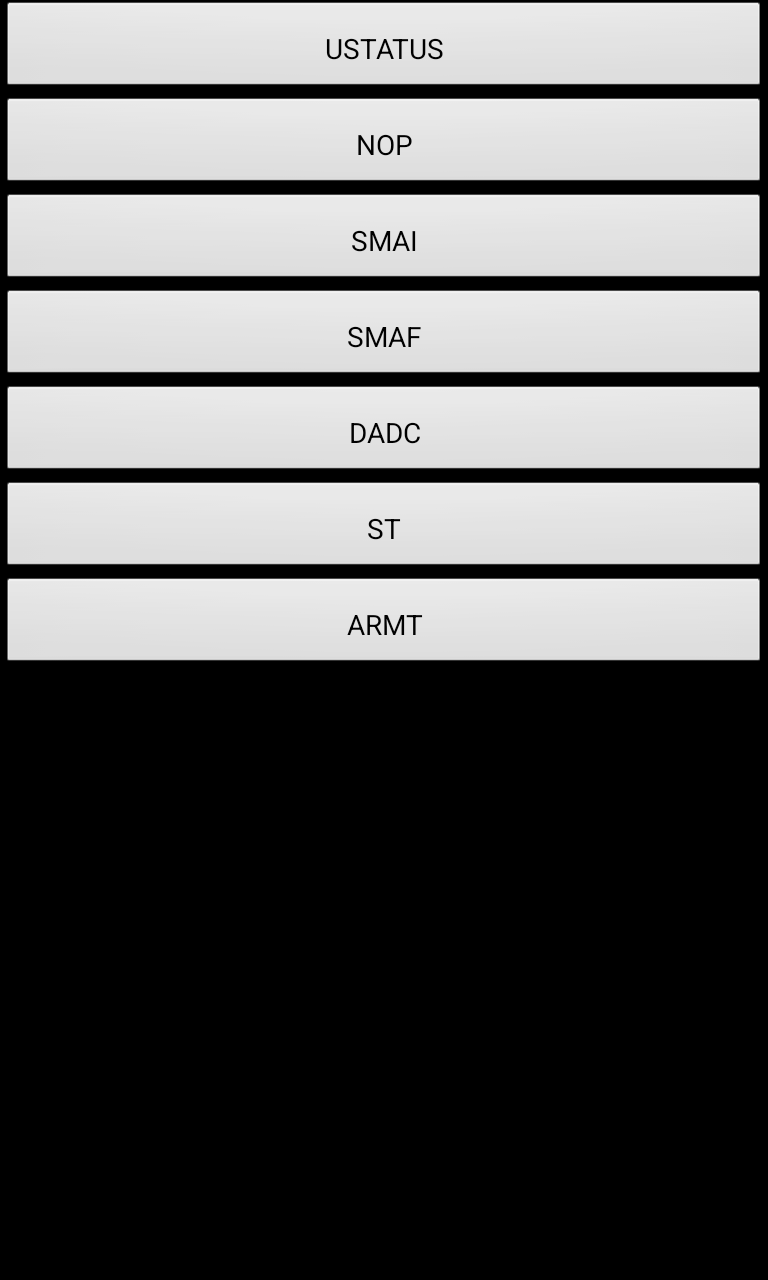
Repository: sergioenriquez/CSTE
Layout: HNAD/res/layout/devcmdtab.xml
An editor plug-in stored every save of this project. The layout is shown before and after the next save, followed by the edit.
It is drawn on a 768 x 1280 px phone screen (xhdpi) without system bars, with theme android:Theme.NoTitleBar; the app's code is not run.

Above is the layout before, as saved 2011-12-19 06:48:02.

### HNAD/res/layout/devcmdtab.xml
<?xml version="1.0" encoding="utf-8"?>
<LinearLayout xmlns:android="http://schemas.android.com/apk/res/android"
    android:layout_width="match_parent"
    android:layout_height="match_parent"
    android:orientation="vertical" >

    <Button
       android:text="USTATUS"
       android:layout_height="wrap_content"
       android:layout_width="match_parent"
       android:layout_gravity="right"
       android:padding="12dp"
       android:gravity="center" />
    <Button
       android:text="NOP"
       android:layout_height="wrap_content"
       android:layout_width="match_parent"
       android:layout_gravity="right"
       android:padding="12dp"
       android:gravity="center" />
    <Button
       android:text="SMAI"
       android:layout_height="wrap_content"
       android:layout_width="match_parent"
       android:layout_gravity="right"
       android:padding="12dp"
       android:gravity="center" />
    <Button
       android:text="SMAF"
       android:layout_height="wrap_content"
       android:layout_width="match_parent"
       android:layout_gravity="right"
       android:padding="12dp"
       android:gravity="center" />
    <Button
       android:text="DADC"
       android:layout_height="wrap_content"
       android:layout_width="match_parent"
       android:layout_gravity="right"
       android:padding="12dp"
       android:gravity="center" />
    <Button
       android:text="ST"
       android:layout_height="wrap_content"
       android:layout_width="match_parent"
       android:layout_gravity="right"
       android:padding="12dp"
       android:gravity="center" />
    <Button
       android:text="ARMT"
       android:layout_height="wrap_content"
       android:layout_width="match_parent"
       android:layout_gravity="right"
       android:padding="12dp"
       android:gravity="center" />

</LinearLayout>

After the next save:
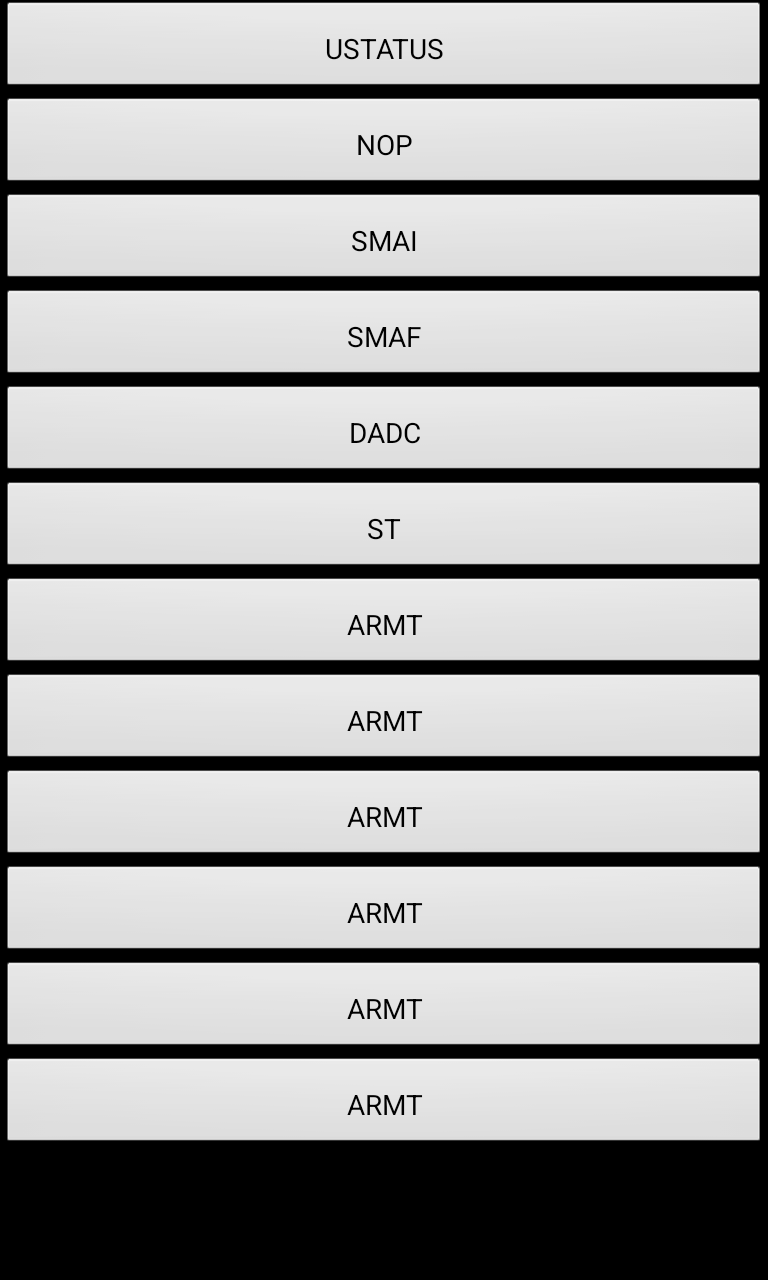
Saved 8 s later.
--- a/HNAD/res/layout/devcmdtab.xml
+++ b/HNAD/res/layout/devcmdtab.xml
@@ -53,5 +53,40 @@
        android:layout_gravity="right"
        android:padding="12dp"
        android:gravity="center" />
+    <Button
+       android:text="ARMT"
+       android:layout_height="wrap_content"
+       android:layout_width="match_parent"
+       android:layout_gravity="right"
+       android:padding="12dp"
+       android:gravity="center" />
+    <Button
+       android:text="ARMT"
+       android:layout_height="wrap_content"
+       android:layout_width="match_parent"
+       android:layout_gravity="right"
+       android:padding="12dp"
+       android:gravity="center" />
+    <Button
+       android:text="ARMT"
+       android:layout_height="wrap_content"
+       android:layout_width="match_parent"
+       android:layout_gravity="right"
+       android:padding="12dp"
+       android:gravity="center" />
+    <Button
+       android:text="ARMT"
+       android:layout_height="wrap_content"
+       android:layout_width="match_parent"
+       android:layout_gravity="right"
+       android:padding="12dp"
+       android:gravity="center" />
+    <Button
+       android:text="ARMT"
+       android:layout_height="wrap_content"
+       android:layout_width="match_parent"
+       android:layout_gravity="right"
+       android:padding="12dp"
+       android:gravity="center" />
 
 </LinearLayout>
